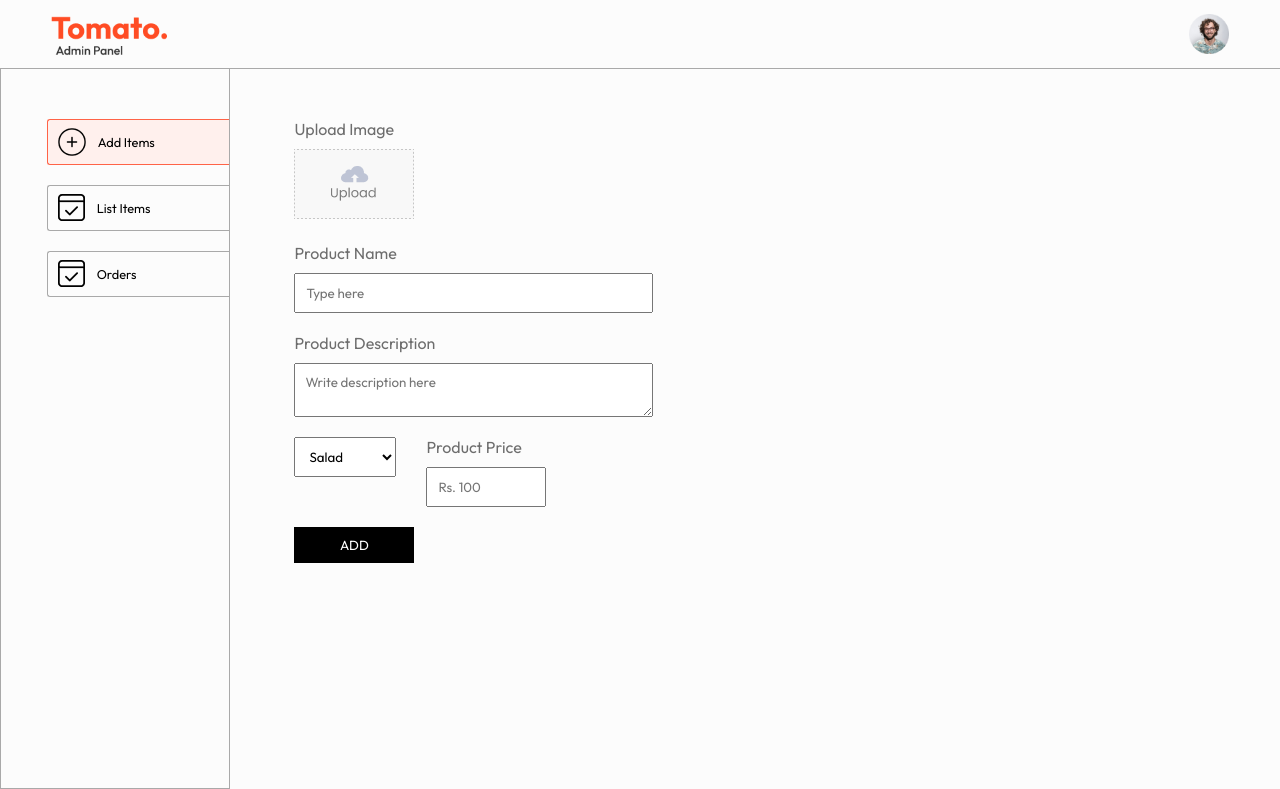
Repository: KartikChouhan03/food-delivery-app
Page: /add (app in admin/)
These files come from the project's save history. The page is drawn as it stood at one moment and after the next save; the edit follows.
The browser window is 1280 px wide. The pictures show the whole page.
Some web fonts or font styles are not loaded; a fallback is used. The project was rebuilt for these pictures with package versions that can differ from the ones it lists, and the page was loaded fresh each time. Also part of the build but not shown: admin/vite.config.js, admin/src/pages/List/List.css, admin/src/pages/List/List.jsx, admin/src/pages/Orders/Orders.css, admin/src/pages/Orders/Orders.jsx.

Above is the page before, as saved 2025-08-17 14:58:28.

### admin/index.html
<!doctype html>
<html lang="en">
  <head>
    <meta charset="UTF-8" />
    <link rel="icon" type="image/svg+xml" href="" />
    <meta name="viewport" content="width=device-width, initial-scale=1.0" />
    <title>Foodify Admin</title>
  </head>
  <body>
    <div id="root"></div>
    <script type="module" src="/src/main.jsx"></script>
  </body>
</html>

### admin/src/main.jsx
import { StrictMode } from 'react'
import { createRoot } from 'react-dom/client'
import './index.css'
import App from './App.jsx'
import {BrowserRouter} from "react-router-dom"

createRoot(document.getElementById('root')).render(
  <BrowserRouter>
    <App/>
  </BrowserRouter>

)

### admin/src/index.css
@import url('https://fonts.googleapis.com/css2?family=Montserrat:ital,wght@0,100..900;1,100..900&family=Outfit:wght@100..900&family=Playfair+Display:ital,wght@0,400..900;1,400..900&display=swap');

*{
  padding: 0;
  margin: 0;
  box-sizing: border-box;
  font-family: Outfit;

}

body{
  min-height: 100vh;
  background-color: #fcfcfc;

}

a {
  text-decoration: none;
  color: inherit;
}

hr{
  border:none;
  height: 1px;
  background-color: #a9a9a9;
}

.app-content{
  display: flex;
}


.flex-col{
  display: flex;
  flex-direction: column;
  gap: 10px;
}

### admin/src/App.jsx
import React from 'react'
import Navbar from './components/Navbar/Navbar'
import Sidebar from './components/Sidebar.jsx/Sidebar'
import { Route, Routes } from 'react-router-dom'
import Add from './pages/Add/Add'
import List from './pages/List/List'
import Orders from './pages/Orders/Orders'


const App = () => {
  return (
    <div>
      <Navbar/>
      <hr />
      <div className='app-content'>
        <Sidebar/>
        <Routes>
          <Route path='/add' element={<Add/>}/>
          <Route path='/list' element={<List/>}/>
          <Route path='/orders' element={<Orders/>}/>
        </Routes>
      </div>
    </div>
  )
}

export default App

### admin/src/components/Navbar/Navbar.jsx
import React from 'react'
import './Navbar.css'
import {assets} from '../../assets/assets.js'

const Navbar = () => {
  return (
    <div className='navbar'>
      <img className='logo' src={assets.logo} alt="" />
      <img className="profile" src={assets.profile_image} alt="" />
    </div>
  )
}

export default Navbar

### admin/src/components/Sidebar.jsx/Sidebar.jsx
import React from 'react'
import './Sidebar.css'
import { assets } from '../../assets/assets'
import { NavLink } from 'react-router-dom'

const Sidebar = () => {
  return (
    <div className='sidebar'>
        <div className="sidebar-options">
            <NavLink to='/add' className="sidebar-option">
                <img src={assets.add_icon} alt="" />
                <p>Add Items</p>
            </NavLink>
            <NavLink to='/list' className="sidebar-option">
                <img src={assets.order_icon} alt="" />
                <p>List Items</p>
            </NavLink>
            <NavLink to='/orders' className="sidebar-option">
                <img src={assets.order_icon} alt="" />
                <p>Orders</p>
            </NavLink>
        </div>

    </div>
  )
}

export default Sidebar

### admin/src/pages/Add/Add.jsx
import React from 'react'
import './Add.css'
import { assets } from '../../assets/assets'

const Add = () => {
  return (
    <div className='add'>
      <form className='flex-col'>
        <div className="add-img-upload flex-col">
            <p>Upload Image</p>
            <label htmlFor='image'>
                <img src={assets.upload_area} alt="" />
            </label>
            <input type="file" id="image"  hidden required/>
        </div>
        <div className="add-product-name flex-col">
            <p>Product Name</p>
            <input type="text" name='name' placeholder='Type here' />
        </div>
        <div className="add-product-description flex-col">
            <p>Product Description</p>
            <textarea name="description" placeholder="Write description here"></textarea>
        </div>
        <div className="add-category-price">
            <div className='add-category flex-col'>
                <select name="category" >
                    <p>Product Category</p>
                    <option value="Salad">Salad</option>
                    <option value="Rolls">Rolls</option>
                    <option value="Deserts">Deserts</option>
                    <option value="Sandwich">SandWich</option>
                    <option value="Cake">Cake</option>
                    <option value="Pure Veg">Pure Veg</option>
                    <option value="Pasta">Pasta</option>
                    <option value="Noodles">Noodles</option>
                </select>
            </div>
            <div className="add-price flex-col">
                <p>Product Price</p>
                <input type="number" name="price" placeholder="Rs. 100"/>
            </div>

        </div>
        <button type='submit' className='add-btn'>ADD</button>
      </form>
    </div>
  )
}

export default Add

### admin/src/components/Navbar/Navbar.css
.navbar{
    display: flex;
    justify-content: space-between;
    align-items: center;
    padding: 8px 4%;
}

.navbar .logo{
    width: max(10%, 90px);
}

.navbar .profile{
    width: 40px;
}

### admin/src/components/Sidebar.jsx/Sidebar.css
.sidebar{
    width: 18%;
    min-height: 100vh;
    border: 1.5px solid #a9a9a9;
    border-top:0 ;
    font-size: max(1vw,10px);
}

.sidebar-options{
    padding-top: 50px ;
    padding-left: 20%;
    display: flex;
    flex-direction: column;
    gap: 20px;
}

.sidebar-option{
    display:flex;
    align-items: center;
    gap: 12px;
    border: 1px solid #a9a9a9;
    border-right: 0;
    padding: 8px 10px ;
    border-radius: 3px 0px 0px 3px;
    cursor: pointer;
}

.sidebar-option.active{
    background-color: #fff0ed;
    border-color: tomato;
}

@media (max-width:900px) {
    .sidebar-option p{
        display: none;
    }
}

### admin/src/pages/Add/Add.css
.add{
    width: 70%;
    margin-left: max(5vw,25px);
    margin-top: 50px;
    color: #6d6d6d;
    font-size:16px ;
}

.add form{
    gap:  20px;

}

.add-img-upload img{
    width: 120px;
}

.add-product-name, .add-product-description{
    width: max(40%,280px);
}

.add-product-name input , .add-product-description textarea{
    padding: 10px;
}

.add-category-price{
    display: flex;
    gap: 30px;
}

.add-category-price select, .add-category-price input{
    max-width: 120px;
    padding: 10px;
}

.add-btn{
    max-width: 120px;
    border:none ;
    padding: 10px;
    background-color: black;
    color: white;
    cursor: pointer;
}

Loaded but not shown: admin/src/assets/assets.js (common file)

After the next save:
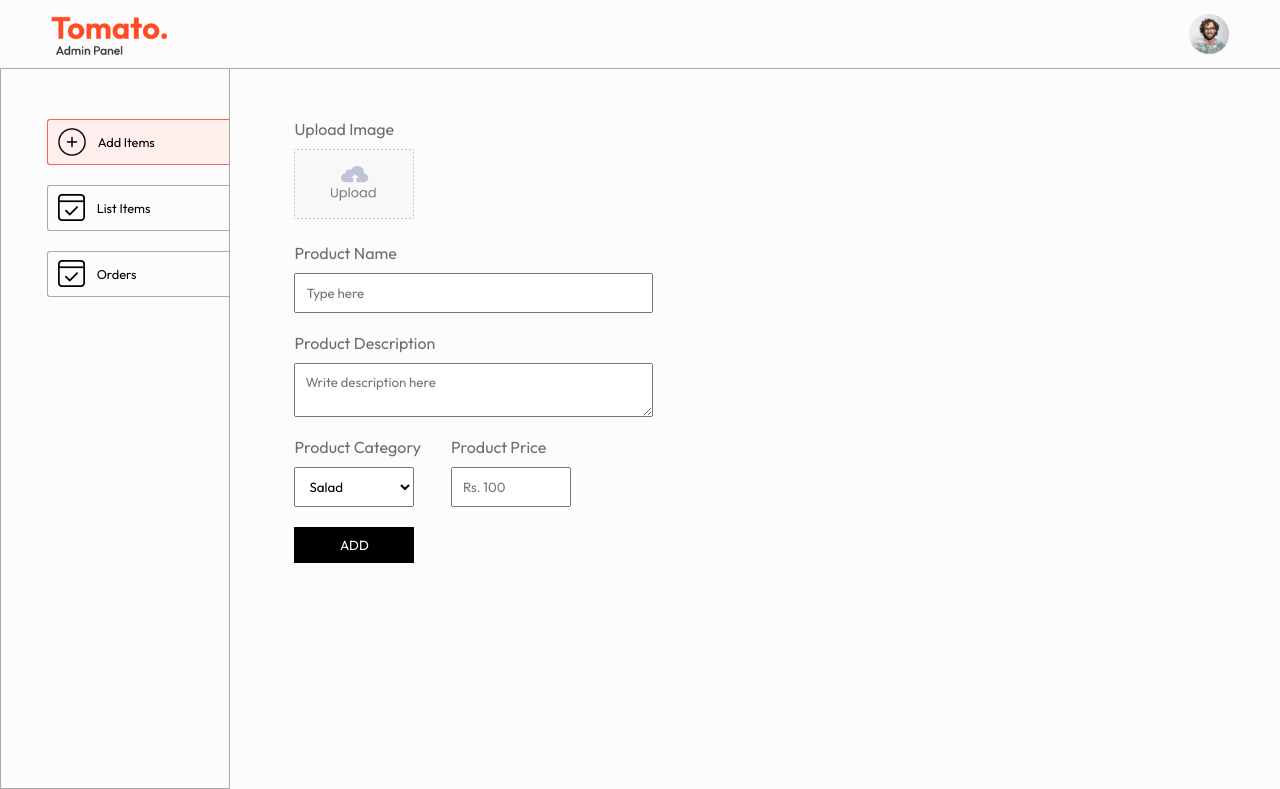
Saved 59 s later.
--- a/admin/src/pages/Add/Add.jsx
+++ b/admin/src/pages/Add/Add.jsx
@@ -23,8 +23,9 @@ const Add = () => {
         </div>
         <div className="add-category-price">
             <div className='add-category flex-col'>
+                <p>Product Category</p>
                 <select name="category" >
-                    <p>Product Category</p>
+
                     <option value="Salad">Salad</option>
                     <option value="Rolls">Rolls</option>
                     <option value="Deserts">Deserts</option>
